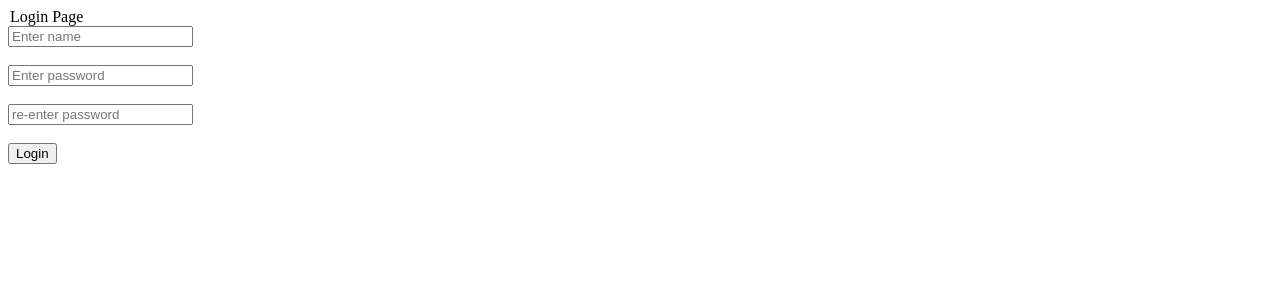
Repository: Altafalinadaf/SimpleProjects
Page: servletDemo10/src/main/webapp/index10.html
The author's editor kept a copy of each file at every save. The page is drawn from the files as they stood at one save, then again after the next save.
The browser window is 1280 px wide. The pictures show the whole page.

Above is the page before, as saved 2023-10-31 17:05:16.

After the next save:
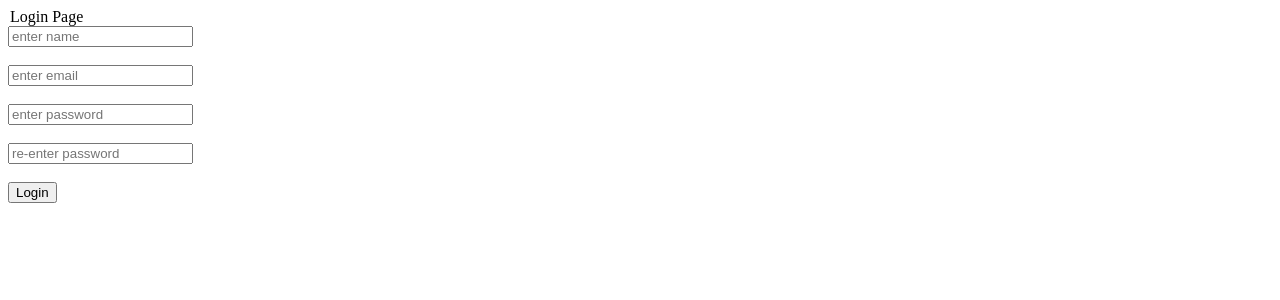
Saved 114 s later.
--- a/servletDemo10/src/main/webapp/index10.html
+++ b/servletDemo10/src/main/webapp/index10.html
@@ -10,10 +10,13 @@
 	<form action="login" method="post">
 		<field set>
 			<legend>Login Page </legend>
-			<input type="text" name="name" placeholder="Enter name"/>
+			<input type="text" name="name" placeholder="enter name"/>
 			<br/>
 			<br/>
-			<input type="text" name="pass" placeholder="Enter password"/>
+			<input type="text" name="email" placeholder="enter email"/>
+			<br/>
+			<br/>
+			<input type="text" name="pass" placeholder="enter password"/>
 			<br/>
 			<br/>
 			<input type="text" name="pass2" placeholder="re-enter password"/>
